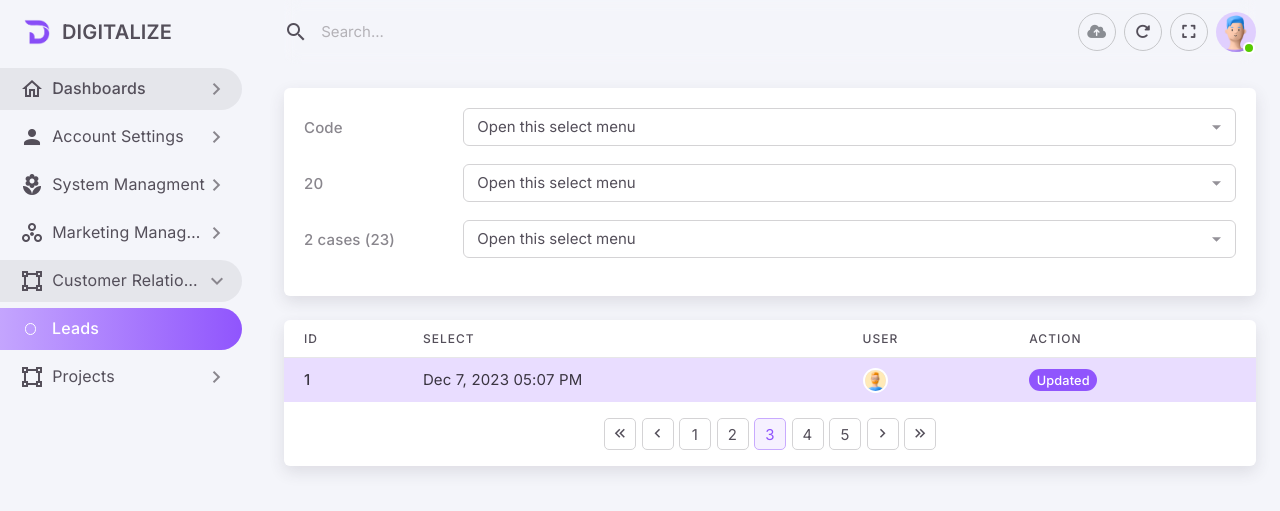
Repository: FadyFathey/sales-crm
Page: html/project-list.html
These files come from the project's save history. The page is drawn as it stood at one moment and after the next save; the edit follows.
The browser window is 1280 px wide. The pictures show the whole page.
Some icons come from a web library that is not loaded, so they are not drawn. Some web libraries are served in a nearby version.

Above is the page before, as saved 2024-10-09 13:31:07.
Console error: ReferenceError: d3 is not defined

After the next save:
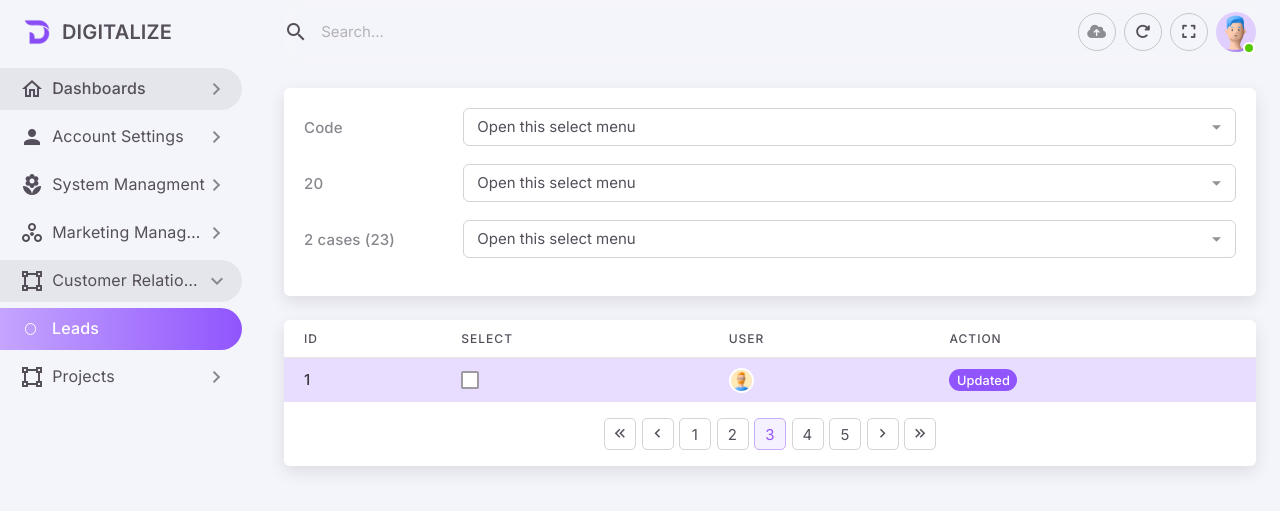
Saved 47 s later.
--- a/html/project-list.html
+++ b/html/project-list.html
@@ -392,7 +392,7 @@
                                             <td>
                                                 <span class="fw-medium">1</span>
                                             </td>
-                                            <td>Dec 7, 2023 05:07 PM</td>
+                                            <td><input class="form-check-input" type="checkbox" value="" id="defaultCheck1" /></td>
                                             <td>
                                                 <ul
                                                     class="list-unstyled users-list m-0 avatar-group d-flex align-items-center">
